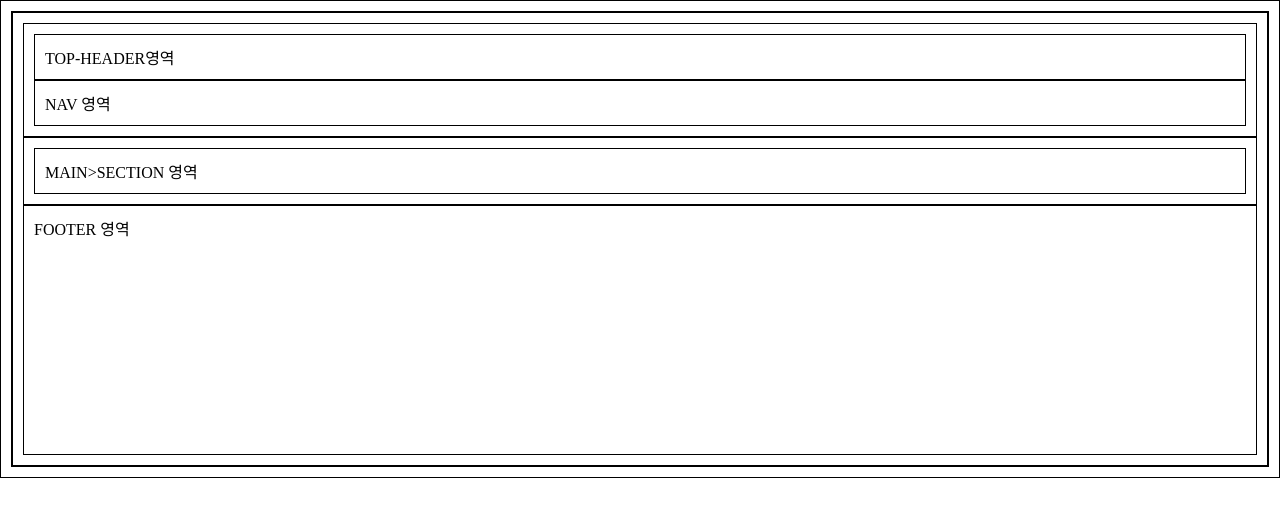
Repository: Leehj9094/JAVA_BOOK-
Page: http://localhost/01JSP/C03/02Include/index.jsp
An editor plug-in stored every save of this project. The page is shown before and after the next save, followed by the edit.
The browser window is 1280 px wide. The pictures show the whole page.
The page is served by Tomcat 9. Other server files are loaded and not shown.

Above is the page before, as saved 2025-04-02 01:49:00.

### JSP/01JSP/src/main/webapp/C03/02Include/index.jsp
<%@ page language="java" contentType="text/html; charset=UTF-8"
    pageEncoding="UTF-8"%>
<!DOCTYPE html>
<html>
<head>
<meta charset="UTF-8">
<title>Insert title here</title>

<style>
:root{}
*{box-sizing:border-box;padding:10px; border:1px solid;}
a{}
ul{}
body{padding:0;margin:0;}
.wrapper{}
.wrapper>header{min-height:100px;}
.wrapper>header>.top-header{min-height:25px;}
.wrapper>header>.nav{min-height:75px;}
.wrapper>main{min-height:calc(100vh-100px-250px);}
.wrapper>section{}
.wrapper>footer{min-height:250px;}
</style>

</head>
<body>
	<div class="wrapper">
		<header>
			<!--  -->
			<%@ include file="./layouts/TopHeader.jsp" %>
			<!--  -->
			<%@ include file="./layouts/Nav.jsp" %>
		</header>
		<main>
			<section>MAIN>SECTION 영역</section>
		</main>
		<!--  -->
		<%@ include file="./layouts/Footer.jsp" %>
	</div>

</body>
</html>

### JSP/01JSP/src/main/webapp/C03/02Include/layouts/TopHeader.jsp
<%@ page language="java" contentType="text/html; charset=UTF-8"
    pageEncoding="UTF-8"%>
<!-- TOP-HEADER -->
<div class="top-header">TOP-HEADER영역</div>

### JSP/01JSP/src/main/webapp/C03/02Include/layouts/Nav.jsp
<%@ page language="java" contentType="text/html; charset=UTF-8"
    pageEncoding="UTF-8"%>
<!-- NAV -->
<nav>NAV 영역</nav>

### JSP/01JSP/src/main/webapp/C03/02Include/layouts/Footer.jsp
<%@ page language="java" contentType="text/html; charset=UTF-8"
    pageEncoding="UTF-8"%>
<!-- FOOTER -->
<footer>FOOTER 영역</footer>

After the next save:
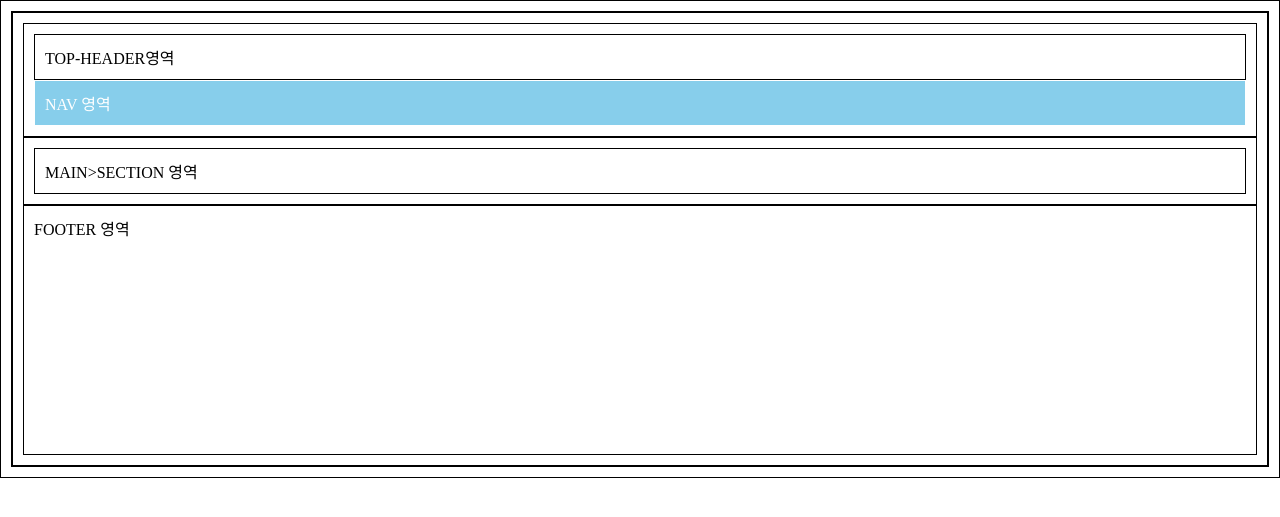
Saved 86 s later.
--- a/JSP/01JSP/src/main/webapp/C03/02Include/layouts/Nav.jsp
+++ b/JSP/01JSP/src/main/webapp/C03/02Include/layouts/Nav.jsp
@@ -1,4 +1,8 @@
 <%@ page language="java" contentType="text/html; charset=UTF-8"
     pageEncoding="UTF-8"%>
+
+<style>
+	nav{background-color:skyblue; color:white;}
+</style>
 <!-- NAV -->
 <nav>NAV 영역</nav>
